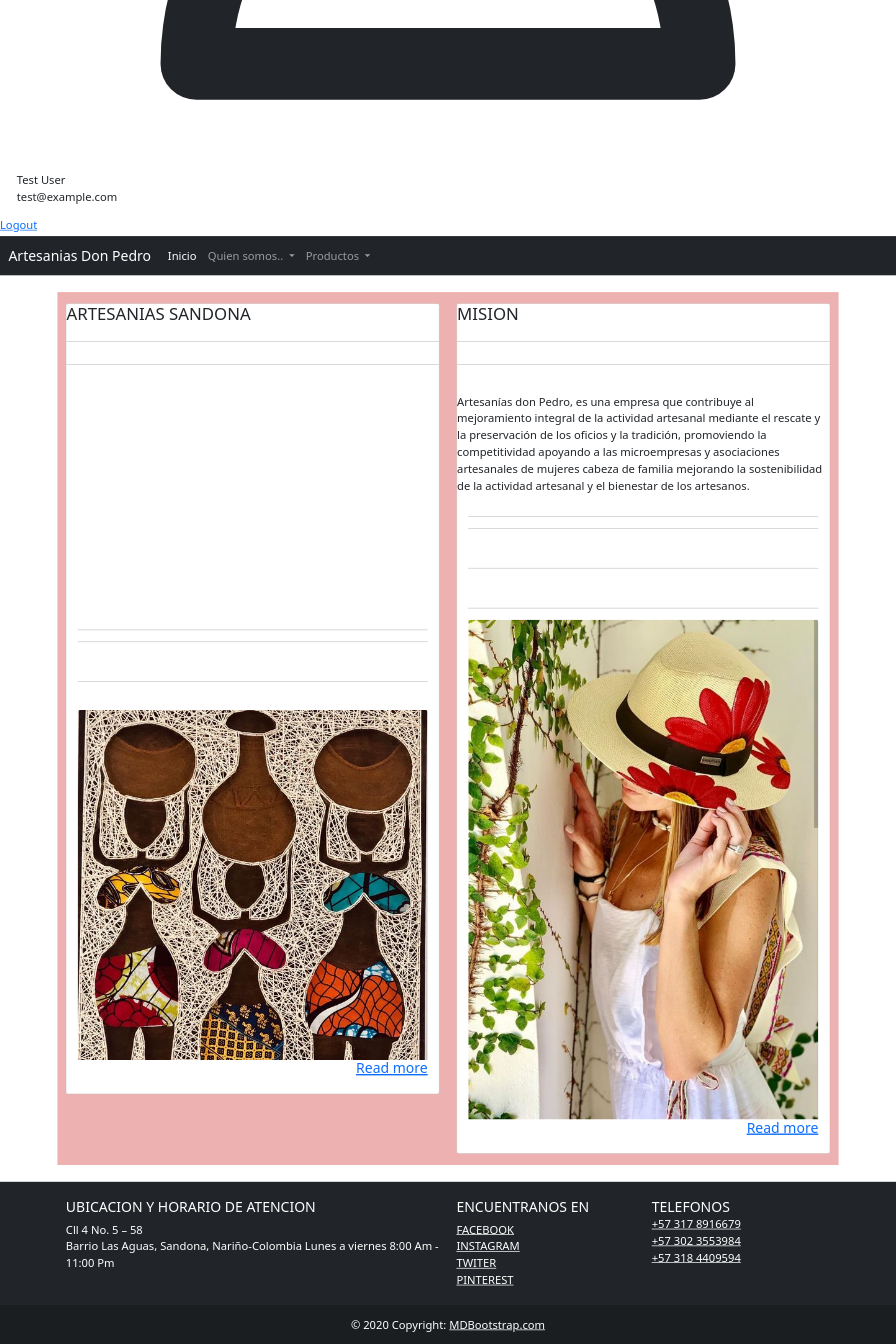
Repository: PG210/taller_artesania
Page: http://localhost/arte/mision
An editor plug-in stored every save of this project. The page is shown before and after the next save, followed by the edit.
The browser window is 1280 px wide. The pictures show the part of the page from y = 2506 to 4426 px (the page is 4426 px tall), at 70% of full size.
Pictures or frames that could not be fetched are drawn as grey boxes. The page is served by the project's Laravel application, run on PHP 8.4 with Laravel 8. A made-up administrator, Test User (test@example.com), is signed in. Other server files are loaded and not shown.

Above is the page before, as saved 2021-01-14 16:20:03.

### routes/web.php
<?php

use Illuminate\Support\Facades\Route;
use App\Http\Controllers\Productos;

/*
|--------------------------------------------------------------------------
| Web Routes
|--------------------------------------------------------------------------
|
| Here is where you can register web routes for your application. These
| routes are loaded by the RouteServiceProvider within a group which
| contains the "web" middleware group. Now create something great!
|
*/

Route::get('/', function () {
    return view('welcome');
});
//ruta mision vision
Route::get('arte/vision', function () {
    return view('arte.vision');
});
//histortia
Route::get('arte/historia', function () {
    return view('arte.historia');
});
Route::get('arte/mision', function () {
    return view('arte.mision');
});

//ubicacion
Route::get('arte/ubicacion', function () {
    return view('arte.ubicacion');
});
//productos
Route::get('/productos', [Productos::class, 'index']);

Route::get('/dashboard', function () {
    return view('dashboard');
})->middleware(['auth'])->name('dashboard');

require __DIR__.'/auth.php';

### resources/views/arte/mision.blade.php
 @extends('layouts.app') @section('content')





<div class="container">

    <div class="row">

        <!--tarjeta 1 mision hotel-->
        <div class="col-lg-6" style="background-color:rgb(238, 177, 177)">

            <p>
                <!-- Card Dark -->

                <div class="card">

                    <h4 class="card-title">ARTESANIAS SANDONA</h4>
                    <!-- Card image -->
                    <hr class="hr-light">
                    <hr class="hr-light">


                    <div class="container">
                        <br>
                        <div class="view overlay ">
                            <video loop="true " muted autoplay width="530 " height="300 ">
                                <source src='{{url("/img/video.mp4")}}' type="video/mp4 " alt="Card image cap ">
                            <a>
                                <div class="mask " style=" background-color: rgba(230, 179, 179, 0.5) "></div>
                            </a>
                        </div>
                        </div>


                    <!-- Card content -->
                    <div class="card-body elegant-color white-text rounded-bottom">

                        <!-- Social shares button -->

                        <!-- Title -->
                        <h4 class="card-title"></h4>
                        <hr class="hr-light">
                        <hr class="hr-light">
                        <br>
                        <hr class="hr-light">
                        <br>

                        <div class="view overlay">
                            <img class="card-img-top" src="../img/4.jpg" alt="Card image cap">
                            <a>
                                <div class="mask rgba-white-slight"></div>
                            </a>
                        </div>



                        <!-- Link -->
                        <a href="#!" class="white-text d-flex justify-content-end">
                            <h5>Read more <i class="fas fa-angle-double-right"></i></h5>
                        </a>

                    </div>

                </div>
                <!-- Card Dark -->
            </p>
        </div>



        <!--tarjeta dos vision-->
        <div class="col-lg-6" style="background-color:rgb(238, 177, 177)">

            <p>
                <!-- Card Dark -->
                <div class="card">

                    <h4 class="card-title">MISION</h4>
                        <hr class="hr-light">
                        <hr class="hr-light">
                        <br>
                        Artesanías don Pedro, es una empresa que contribuye al mejoramiento integral de la actividad artesanal mediante el rescate y la preservación de los oficios y la tradición, promoviendo la competitividad apoyando a las microempresas y asociaciones artesanales de mujeres cabeza de familia mejorando la sostenibilidad de la actividad artesanal y el bienestar de los artesanos.

                    <!-- Card content -->
                    <div class="card-body elegant-color white-text rounded-bottom">

                        <!-- Social shares button -->

                        <!-- Title -->
                        <h4 class="card-title"></h4>
                        <hr class="hr-light">
                        <hr class="hr-light">
                        <br>

                        <hr class="hr-light">
                        <br>
                        <hr class="hr-light">
                        <div class="view overlay">
                            <img class="card-img-top" src="../img/8.jpg" alt="Card image cap">
                            <a>
                                <div class="mask rgba-white-slight"></div>
                            </a>
                        </div>


                        <!-- Link -->
                        <a href="#!" class="white-text d-flex justify-content-end">
                            <h5>Read more <i class="fas fa-angle-double-right"></i></h5>
                        </a>

                    </div>

                </div>
                <!-- Card Dark -->
            </p>
        </div>
    </div>
</div>




</div>
@stop

### resources/views/layouts/app.blade.php
<!DOCTYPE html>
<html lang="{{ str_replace('_', '-', app()->getLocale()) }}">
    <head>
        <meta charset="utf-8">
        <meta name="viewport" content="width=device-width, initial-scale=1">
        <meta name="csrf-token" content="{{ csrf_token() }}">

        <title>{{ config('app.name', 'Laravel') }}</title>

        <!-- Fonts -->
        <link rel="stylesheet" href="https://fonts.googleapis.com/css2?family=Nunito:wght@400;600;700&display=swap">
        <link href="{{ url('/assets/bootstrap/css/bootstrap.min.css') }}" rel="stylesheet">
        <!-- Styles -->
        <link rel="stylesheet" href="{{ asset('css/app.css') }}">

        <!-- Scripts -->
        <script src="{{ asset('js/app.js') }}" defer></script>


    </head>

    <body class="font-sans antialiased">
        <div class="min-h-screen bg-gray-100">
            @include('layouts.navigation')

            <nav class="navbar navbar-expand-lg navbar navbar-dark bg-dark">
  <div class="container-fluid">
    <a class="navbar-brand" href="#">Artesanias Don Pedro</a>
    <button class="navbar-toggler" type="button" data-bs-toggle="collapse" data-bs-target="#navbarNavDropdown" aria-controls="navbarNavDropdown" aria-expanded="false" aria-label="Toggle navigation">
      <span class="navbar-toggler-icon"></span>
    </button>
    <div class="collapse navbar-collapse" id="navbarNavDropdown">
      <ul class="navbar-nav">
        <li class="nav-item">
          <a class="nav-link active" aria-current="page" href="#">Inicio</a>
        </li>


        <li class="nav-item dropdown">
          <a class="nav-link dropdown-toggle" href="#" id="navbarDropdownMenuLink" role="button" data-bs-toggle="dropdown" aria-expanded="false">
            Quien somos..
          </a>
          <ul class="dropdown-menu" aria-labelledby="navbarDropdownMenuLink">
            <li><a class="dropdown-item" href="{{url('/arte/mision')}}">Mision</a></li>
            <li><a class="dropdown-item" href="{{url('/arte/vision')}}">Vision</a></li>
            <li><a class="dropdown-item" href="{{url('/arte/ubicacion')}}">Ubicacion</a></li>
            <li><a class="dropdown-item" href="{{url('/arte/historia')}}">Historia</a></li>
          </ul>
        </li>

        <li class="nav-item dropdown">
          <a class="nav-link dropdown-toggle" href="#" id="navbarDropdownMenuLink" role="button" data-bs-toggle="dropdown" aria-expanded="false">
            Productos
          </a>
          <ul class="dropdown-menu" aria-labelledby="navbarDropdownMenuLink">
            <li><a class="dropdown-item" href="{{url('/productos')}}">Sombreros</a></li>
            <li><a class="dropdown-item" href="#">Mochilas</a></li>
            <li><a class="dropdown-item" href="#">Tejidos</a></li>
            <li><a class="dropdown-item" href="#">Visuterias</a></li>
            <li><a class="dropdown-item" href="#">Ofertas</a></li>
          </ul>
        </li>
      </ul>
    </div>
  </div>
</nav>
<br>
            <!-- Page Heading -->
            <div class="container">
           @yield('content')
           </div>
        </div>
<!--footer-->
<br>
        <footer class="bg-dark text-white text-center text-lg-start">
  <!-- Grid container -->
  <div class="container p-4">
    <!--Grid row-->
    <div class="row">
      <!--Grid column-->
      <div class="col-lg-6 col-md-12 mb-4 mb-md-0">
        <h5 class="text-uppercase">Ubicacion y Horario de Atencion</h5>

        <p>
        <bFooterr>
        Cll 4 No. 5 – 58<br>
        Barrio Las Aguas, Sandona, Nariño-Colombia
        Lunes a viernes 8:00 Am - 11:00 Pm
        </p>
      </div>
      <!--Grid column-->

      <!--Grid column-->
      <div class="col-lg-3 col-md-6 mb-4 mb-md-0">
        <h5 class="text-uppercase">Encuentranos en</h5>

        <ul class="list-unstyled mb-0">
          <li>
            <a href="#!" class="text-white">FACEBOOK</a>
          </li>
          <li>
            <a href="#!" class="text-white">INSTAGRAM</a>
          </li>
          <li>
            <a href="#!" class="text-white">TWITER</a>
          </li>
          <li>
            <a href="#!" class="text-white">PINTEREST</a>
          </li>
        </ul>
      </div>
      <!--Grid column-->

      <!--Grid column-->
      <div class="col-lg-3 col-md-6 mb-4 mb-md-0">
        <h5 class="text-uppercase mb-0">TELEFONOS</h5>

        <ul class="list-unstyled">
          <li>
            <a href="#!" class="text-white">+57 317 8916679</a>
          </li>
          <li>
            <a href="#!" class="text-white">+57 302 3553984</a>
          </li>
          <li>
            <a href="#!" class="text-white">+57 318 4409594</a>
          </li>

        </ul>
      </div>
      <!--Grid column-->
    </div>
    <!--Grid row-->
  </div>
  <!-- Grid container -->

  <!-- Copyright -->
  <div class="text-center p-3" style="background-color: rgba(0, 0, 0, 0.2)">
    © 2020 Copyright:
    <a class="text-white" href="https://mdbootstrap.com/">MDBootstrap.com</a>
  </div>
  <!-- Copyright -->
</footer>
<!--end footer-->



        <script src="https://code.jquery.com/jquery-3.5.1.slim.min.js" integrity="sha384-DfXdz2htPH0lsSSs5nCTpuj/zy4C+OGpamoFVy38MVBnE+IbbVYUew+OrCXaRkfj" crossorigin="anonymous"></script>
        <script src="https://cdn.jsdelivr.net/npm/popper.js@1.16.1/dist/umd/popper.min.js" integrity="sha384-9/reFTGAW83EW2RDu2S0VKaIzap3H66lZH81PoYlFhbGU+6BZp6G7niu735Sk7lN" crossorigin="anonymous"></script>
       <script type="text/javascript" src="{{ url('/assets/bootstrap/js/bootstrap.min.js') }}"></script>
    </body>
</html>

### resources/views/layouts/navigation.blade.php
<nav x-data="{ open: false }" class="bg-white border-b border-gray-100">
    <!-- Primary Navigation Menu -->
    <!--aqui cambiar-->
    <div class=" navbar-dark bg-indigo">
        <div class="flex justify-between h-16">
            <div class="flex">
                <!-- Logo -->
                <div class="flex-shrink-0 flex items-center">
                    <a href="{{ route('dashboard') }}">
                        <x-application-logo class="block h-10 w-auto fill-current text-gray-600" />
                    </a>
                </div>

                <!-- Navigation Links -->
                <div class="hidden space-x-8 sm:-my-px sm:ml-10 sm:flex">
                    <x-nav-link :href="route('dashboard')" :active="request()->routeIs('dashboard')">
                        {{ __('Bienvenidos! Tienda Virtual') }}
                    </x-nav-link>
                </div>
            </div>

            <!-- Settings Dropdown -->
            <div class="hidden sm:flex sm:items-center sm:ml-6">
                <x-dropdown align="right" width="48">
                    <x-slot name="trigger">
                        <button class="flex items-center text-sm font-medium text-gray-500 hover:text-gray-700 hover:border-gray-300 focus:outline-none focus:text-gray-700 focus:border-gray-300 transition duration-150 ease-in-out">
                            <div>{{ Auth::user()->name }}</div>

                            <div class="ml-1">
                                <svg class="fill-current h-4 w-4" xmlns="http://www.w3.org/2000/svg" viewBox="0 0 20 20">
                                    <path fill-rule="evenodd" d="M5.293 7.293a1 1 0 011.414 0L10 10.586l3.293-3.293a1 1 0 111.414 1.414l-4 4a1 1 0 01-1.414 0l-4-4a1 1 0 010-1.414z" clip-rule="evenodd" />
                                </svg>
                            </div>
                        </button>
                    </x-slot>

                    <x-slot name="content">
                        <!-- Authentication -->
                        <form method="POST" action="{{ route('logout') }}">
                            @csrf

                            <x-dropdown-link :href="route('logout')"
                                    onclick="event.preventDefault();
                                                this.closest('form').submit();">
                                {{ __('Logout') }}
                            </x-dropdown-link>
                        </form>
                    </x-slot>
                </x-dropdown>
            </div>

            <!-- Hamburger -->
            <div class="-mr-2 flex items-center sm:hidden">
                <button @click="open = ! open" class="inline-flex items-center justify-center p-2 rounded-md text-gray-400 hover:text-gray-500 hover:bg-gray-100 focus:outline-none focus:bg-gray-100 focus:text-gray-500 transition duration-150 ease-in-out">
                    <svg class="h-6 w-6" stroke="currentColor" fill="none" viewBox="0 0 24 24">
                        <path :class="{'hidden': open, 'inline-flex': ! open }" class="inline-flex" stroke-linecap="round" stroke-linejoin="round" stroke-width="2" d="M4 6h16M4 12h16M4 18h16" />
                        <path :class="{'hidden': ! open, 'inline-flex': open }" class="hidden" stroke-linecap="round" stroke-linejoin="round" stroke-width="2" d="M6 18L18 6M6 6l12 12" />
                    </svg>
                </button>
            </div>
        </div>
    </div>

    <!-- Responsive Navigation Menu -->
    <div :class="{'block': open, 'hidden': ! open}" class="hidden sm:hidden">
        <div class="pt-2 pb-3 space-y-1">
            <x-responsive-nav-link :href="route('dashboard')" :active="request()->routeIs('dashboard')">
                {{ __('Dashboard') }}
            </x-responsive-nav-link>
        </div>

        <!-- Responsive Settings Options -->
        <div class="pt-4 pb-1 border-t border-gray-200">
            <div class="flex items-center px-4">
                <div class="flex-shrink-0">
                    <svg class="h-10 w-10 fill-current text-gray-400" xmlns="http://www.w3.org/2000/svg" fill="none" viewBox="0 0 24 24" stroke="currentColor">
                        <path stroke-linecap="round" stroke-linejoin="round" stroke-width="2" d="M16 7a4 4 0 11-8 0 4 4 0 018 0zM12 14a7 7 0 00-7 7h14a7 7 0 00-7-7z" />
                    </svg>
                </div>

                <div class="ml-3">
                    <div class="font-medium text-base text-gray-800">{{ Auth::user()->name }}</div>
                    <div class="font-medium text-sm text-gray-500">{{ Auth::user()->email }}</div>
                </div>
            </div>

            <div class="mt-3 space-y-1">
                <!-- Authentication -->
                <form method="POST" action="{{ route('logout') }}">
                    @csrf

                    <x-responsive-nav-link :href="route('logout')"
                            onclick="event.preventDefault();
                                        this.closest('form').submit();">
                        {{ __('Logout') }}
                    </x-responsive-nav-link>
                </form>
            </div>
        </div>
    </div>
</nav>

Loaded but not shown: routes/auth.php (common file); app/Models/User.php (common file); resources/views/components/application-logo.blade.php (common file); resources/views/components/nav-link.blade.php (common file); resources/views/components/dropdown-link.blade.php (common file); resources/views/components/dropdown.blade.php (common file); resources/views/components/responsive-nav-link.blade.php (common file); public/assets/bootstrap/css/bootstrap.min.css (library); public/assets/bootstrap/js/bootstrap.min.js (library); public/js/app.js (library)

After the next save:
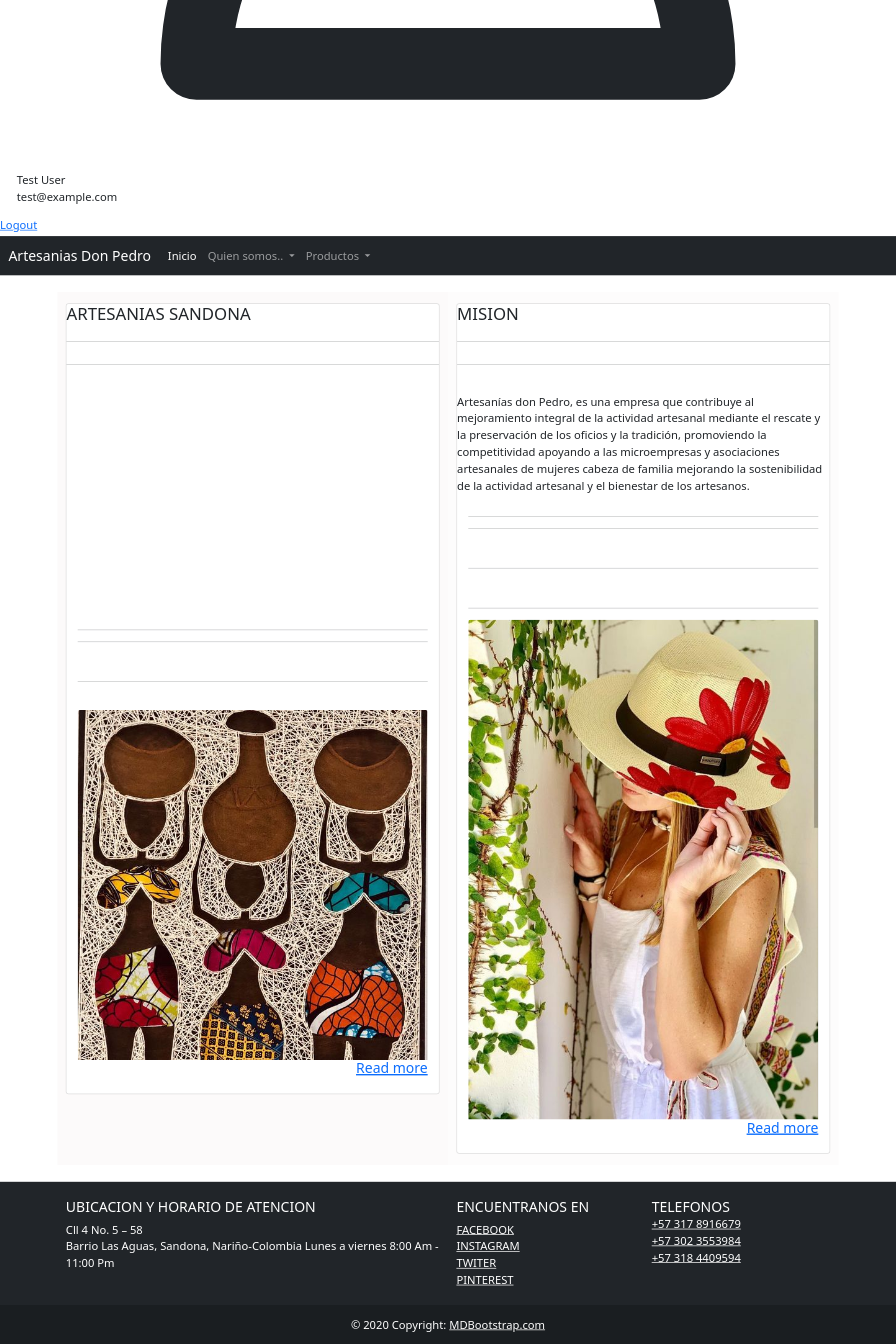
Saved 41 s later.
--- a/resources/views/arte/mision.blade.php
+++ b/resources/views/arte/mision.blade.php
@@ -9,7 +9,7 @@
     <div class="row">
 
         <!--tarjeta 1 mision hotel-->
-        <div class="col-lg-6" style="background-color:rgb(238, 177, 177)">
+        <div class="col-lg-6" style="background-color:rgb(252, 250, 250)">
 
             <p>
                 <!-- Card Dark -->
@@ -71,7 +71,7 @@
 
 
         <!--tarjeta dos vision-->
-        <div class="col-lg-6" style="background-color:rgb(238, 177, 177)">
+        <div class="col-lg-6" style="background-color:rgb(253, 252, 252)">
 
             <p>
                 <!-- Card Dark -->
